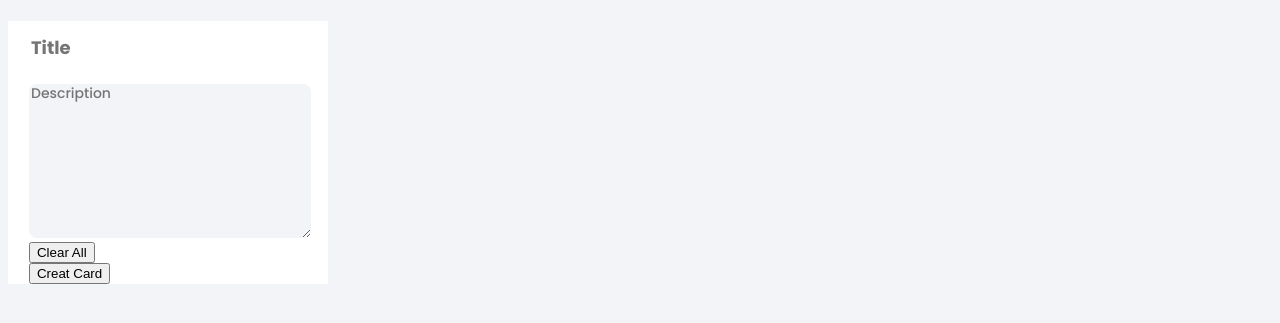
Repository: ReyhanehRahmani/TO-DO
Page: index.html
An editor plug-in stored every save of this project. The page is shown before and after the next save, followed by the edit.
The browser window is 1280 px wide. The pictures show the whole page.
Some web fonts or font styles are not loaded; a fallback is used.

Above is the page before, as saved 2025-06-08 12:23:21.

### index.html
<!DOCTYPE html>

<html lang="en">

    <head>

        <meta name="viewport" content="width=device-width, initial-scale=1.0" />

        <title>TO-DO</title>

        <link rel="icon" type="image/jpg" href="favicon.png">

        <link rel="stylesheet" href="style.css">

        <link rel="preconnect" href="https://fonts.googleapis.com">

        <link rel="preconnect" href="https://fonts.gstatic.com" crossorigin>

        <link href="https://fonts.googleapis.com/css2?family=Poppins:ital,wght@0,100;0,200;0,300;0,400;0,500;0,600;0,700;0,800;0,900;1,100;1,200;1,300;1,400;1,500;1,600;1,700;1,800;1,900&family=Sofia+Sans:ital,wght@0,1..1000;1,1..1000&display=swap" rel="stylesheet">

    </head>
    <body>
        <div id="side">
        <div id="main-card">
            <div id="content">
                <div >
                <div id="title">
                    <input type="text" id="titlebox" minlength="3" maxlength="30" placeholder="Title">
                </div>
                <div id="description">
                    <textarea type="text" id="descriptionbox" maxlength="200" placeholder="Description"></textarea>
                </div>
                </div>

                <div id="buttons">
                    <div id="clear"><button id="clearbut">Clear All</button></div>
                    <div id="creat"><button id="creatbut">Creat Card</button></div>
                </div>
            </div>
        </div>
        <div id="cardsContainer"></div>
        </div>
        <script src="script.js"></script>
    </body>

### style.css
@media screen and (max-width: 1279px){

body{
    background-color: #F2F4F7;
}



#main-card{
    margin-left: 6%;
    margin-right: 6%;
    margin-top: 6%;
    background-color: #FFFFFF;
}

#content{
    margin-right: 6.557377049%;
    margin-left: 6.557377049%;
    margin-top: 6.557377049%;
    margin-bottom: 6.557377049%;
}

#titlebox{
    font-family: 'Poppins';
    font-weight: 700;
    font-size: 18px;
    line-height: 150%;
    letter-spacing: -2%;
    border: none;
    width: 100%;
    height: 51px;
}

#descriptionbox{
    border: none;
    width: 100%;
    font-family: 'Poppins';
    font-weight: 500;
    font-size: 14px;
    line-height: 100%;
    letter-spacing: -3%;
    height: 150px;
    border-radius: 8px;
    background: #F2F4F7;

    margin-top: 10px;

}

#content{
    display: flex;
    flex-direction: column;
    justify-content: space-between;
    gap: 516px;
}

#buttons{
    display: flex;
    justify-content: space-between;
    gap: 12px;
    margin-bottom: 25px;
}

#clear{
    text-align: center;
    justify-content: center;
}

#clearbut{
    height: 44px;
    border-radius: 8px;
    border-width: 1.4px;
    border-color: #FF1616;
    background-color: #FFFFFF;
    font-family: 'Poppins';
    font-weight: 700;
    font-size: 15px;
    line-height: 100%;
    letter-spacing: -3%;
    color: #FF1616;
    white-space: nowrap;
    width: 97px;

}

#creat{
    text-align: center;
    justify-content: center;
}

#creatbut{
    height: 44px;
    border-radius: 8px;
    background: #000000;
    font-family: 'Poppins';
    font-weight: 600;
    font-size: 15px;
    line-height: 100%;
    letter-spacing: -3%;
    color: #FFFFFF;
    width: 190px;

}

.cardsContainer{
    justify-content: center;
}


.card {
    width: 76.923076923%;
    height: 238px;
    border-radius: 8px;
    background: #FCFCFD;
    box-shadow: 0px 0.5px 2px 0px #1018284D;
    justify-self: center;
    position: relative;
    margin-bottom: 24px;
}


.cardTitle{
    font-family: 'Poppins';
    font-weight: 700;
    font-size: 18px;
    line-height: 150%;
    letter-spacing: -2%;
    margin-left: 6.25%;
    padding-top: 4.1%;


}

.cardDate{
    font-family: 'Poppins';
    font-weight: 600;
    font-size: 13px;
    line-height: 150%;
    letter-spacing: -2%;
    margin-left: 6.25%;
    color: #98A2B3;
    margin-top: 6px;

}

.cardDesc{
    font-family: 'Poppins';
    font-weight: 500;
    font-size: 13px;
    line-height: 150%;
    letter-spacing: -2%;
    color: #98A2B3;
    margin-left: 6.25%;
    margin-top: 16px;
}

#todoTitle{
    font-family: 'Poppins';
    font-weight: 800;
    font-size: 32px;
    line-height: 100%;
    letter-spacing: -0.75%;
    color: #000000;
    margin-left: 12%;
    margin-bottom: 20px;
    margin-top: 80px;

}}

@media screen and (min-width: 1280px){

body{
    background-color: #F2F4F7;
}

#content{
    margin-right: 6.557377049%;
    margin-left: 6.557377049%;
    margin-top: 6.557377049%;
    margin-bottom: 6.557377049%;
}

#titlebox{
    font-family: 'Poppins';
    font-weight: 700;
    font-size: 18px;
    line-height: 150%;
    letter-spacing: -2%;
    border: none;
    width: 100%;
    height: 51px;
}

#descriptionbox{
    border: none;
    width: 100%;
    font-family: 'Poppins';
    font-weight: 500;
    font-size: 14px;
    line-height: 100%;
    letter-spacing: -3%;
    height: 150px;
    border-radius: 8px;
    background: #F2F4F7;

    margin-top: 10px;

}

#main-card{
    background-color: #FFFFFF;
    width: 25.31120332%;

}

#id{
    display: flex;
}

}

### script.js
document.getElementById("creatbut").onclick = function () {

    const title = document.getElementById("titlebox").value.trim();
    const desc = document.getElementById("descriptionbox").value.trim();

    const card = document.createElement("div");
    card.classList.add("card");

    const cardItems =document.createElement("div");
    card.classList.add("cardItem");

    card.appendChild(cardItems);

    const titleElem = document.createElement("div");
    titleElem.classList.add("cardTitle");
    titleElem.textContent = title;

    const dateElem = document.createElement("div");
    dateElem.classList.add("cardDate");

    const now = new Date();
    const day = now.getDate();
    const monthNames = ["January", "February", "March", "April", "May", "June","July", "August", "September", "October", "November", "December"];

    const month = monthNames[now.getMonth()];

    const formattedDate = day + " " + month;

    dateElem.textContent = formattedDate + " • " + " Assigned to Taha ";

    const descElem = document.createElement("div");
    descElem.classList.add("cardDesc");
    descElem.textContent = desc;

    cardItems.appendChild(titleElem);
    cardItems.appendChild(dateElem);
    cardItems.appendChild(descElem);

    document.getElementById("cardsContainer").appendChild(card);

    const container = document.getElementById("cardsContainer");

    if (!document.getElementById("todoTitle")) {
    const todo = document.createElement("div");
    todo.id = "todoTitle";
    todo.textContent = "TO DO";
    todo.classList.add("todoHeader");

    container.insertBefore(todo, container.firstChild);}



    document.getElementById("clearbut").addEventListener("click", function () {
    document.getElementById("titlebox").value = "";
    document.getElementById("descriptionbox").value = "";});


};

After the next save:
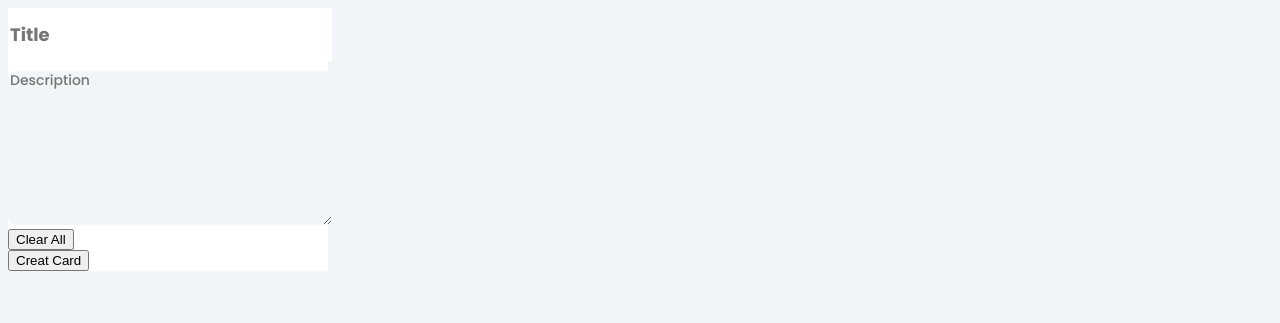
Saved 33 s later.
--- a/style.css
+++ b/style.css
@@ -173,12 +173,6 @@
     background-color: #F2F4F7;
 }
 
-#content{
-    margin-right: 6.557377049%;
-    margin-left: 6.557377049%;
-    margin-top: 6.557377049%;
-    margin-bottom: 6.557377049%;
-}
 
 #titlebox{
     font-family: 'Poppins';

After the save that followed:
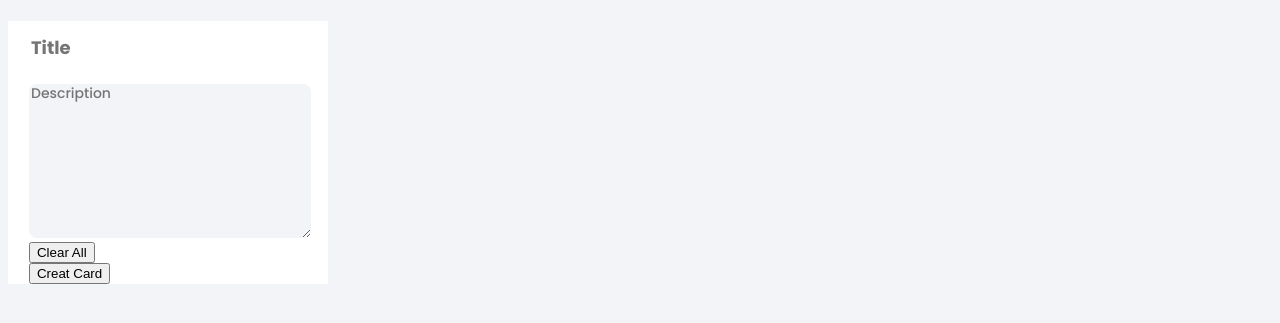
Saved 6 s later.
--- a/style.css
+++ b/style.css
@@ -173,6 +173,12 @@
     background-color: #F2F4F7;
 }
 
+#content{
+    margin-right: 6.557377049%;
+    margin-left: 6.557377049%;
+    margin-top: 6.557377049%;
+    margin-bottom: 6.557377049%;
+}
 
 #titlebox{
     font-family: 'Poppins';
